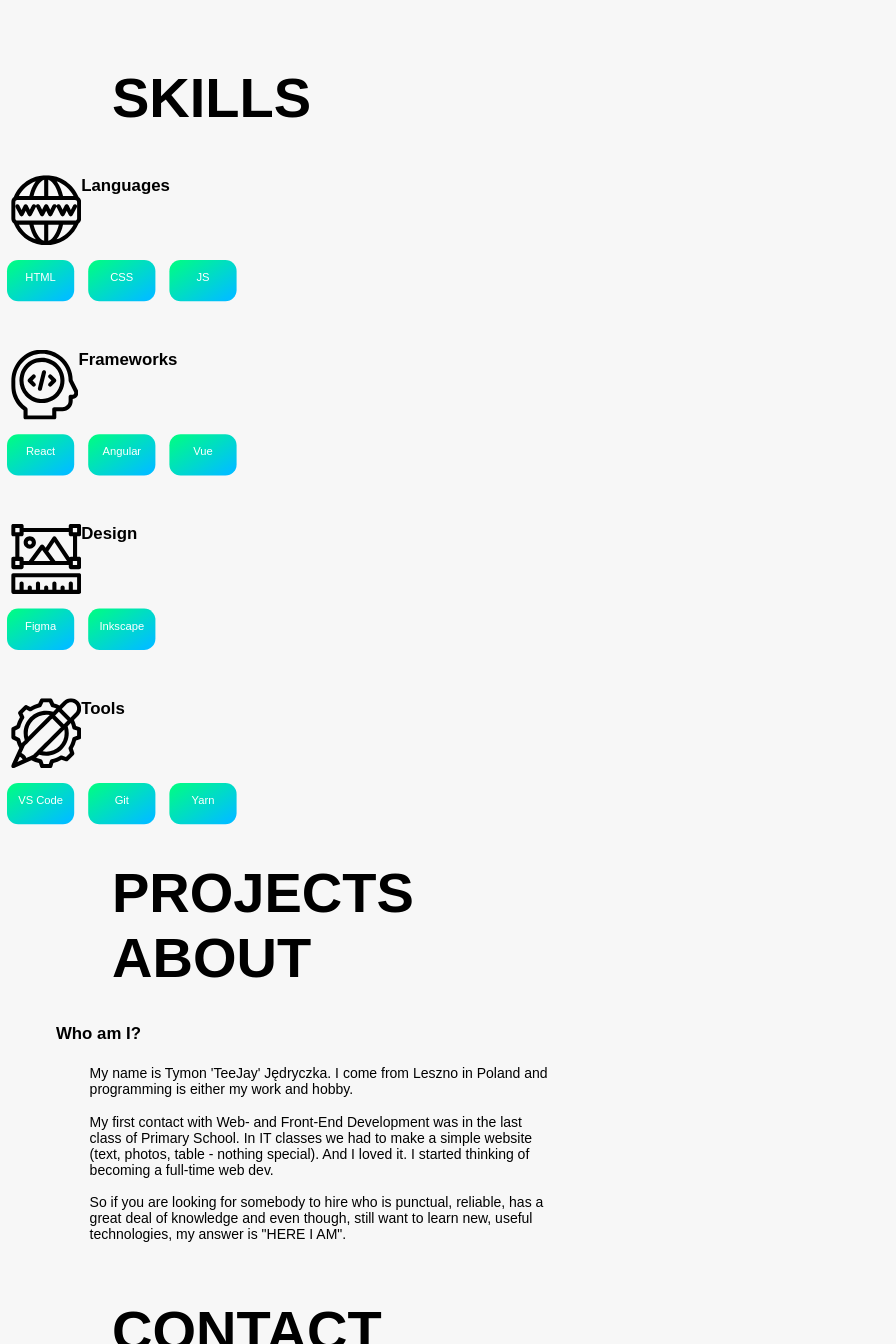
Repository: TeeJaysDev/Portfolio
Page: index.html
An editor plug-in stored every save of this project. The page is shown before and after the next save, followed by the edit.
The browser window is 1280 px wide. The pictures show the part of the page from y = 889 to 2809 px (the page is 3048 px tall before and 2467 px after), at 70% of full size.

Above is the page before, as saved 2021-04-24 18:20:00.

After the next save:
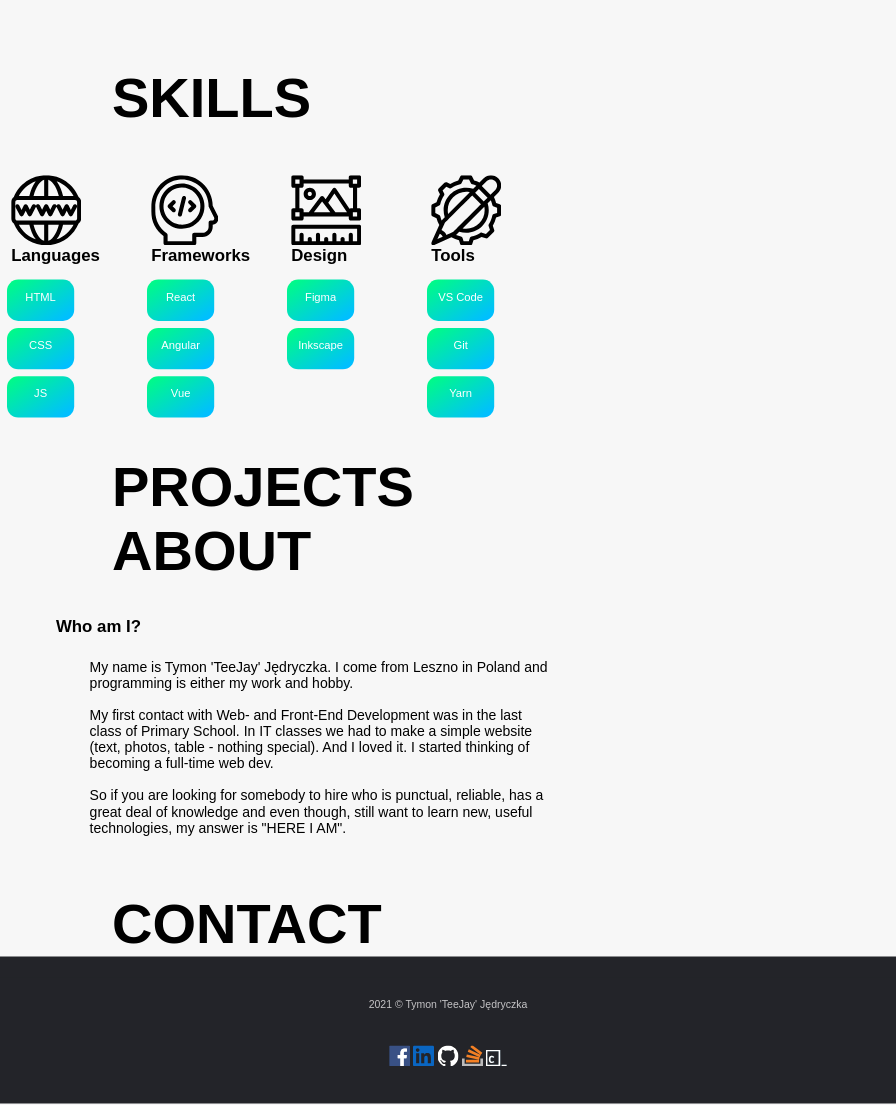
Saved 3 min 2 s later.
--- a/style.css
+++ b/style.css
@@ -49,7 +49,7 @@ nav a {
 
 #skills {
     display: grid;
-    grid-template-columns: repeat(4, )
+    grid-template-columns: repeat(4, 200px)
 }
 
 h1 {
